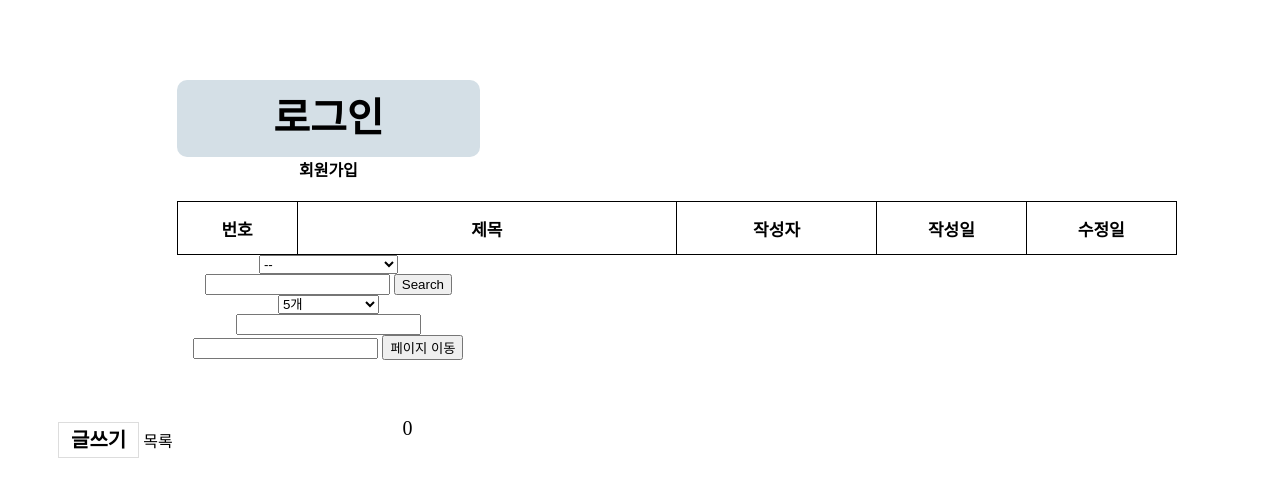
Repository: Shim-YoungDo/gaea-study
Page: http://localhost/study/WEB-INF/views/board/list.jsp
The author's editor kept a copy of each file at every save. The page is drawn from the files as they stood at one save, then again after the next save.
The browser window is 1280 px wide. The pictures show the whole page.
The page is served by Tomcat 9. Nobody is signed in. The template is opened directly, without the code that normally fills it, so the values that code supplies are empty.

Above is the page before, as saved 2021-12-07 05:01:16.

After the next save:
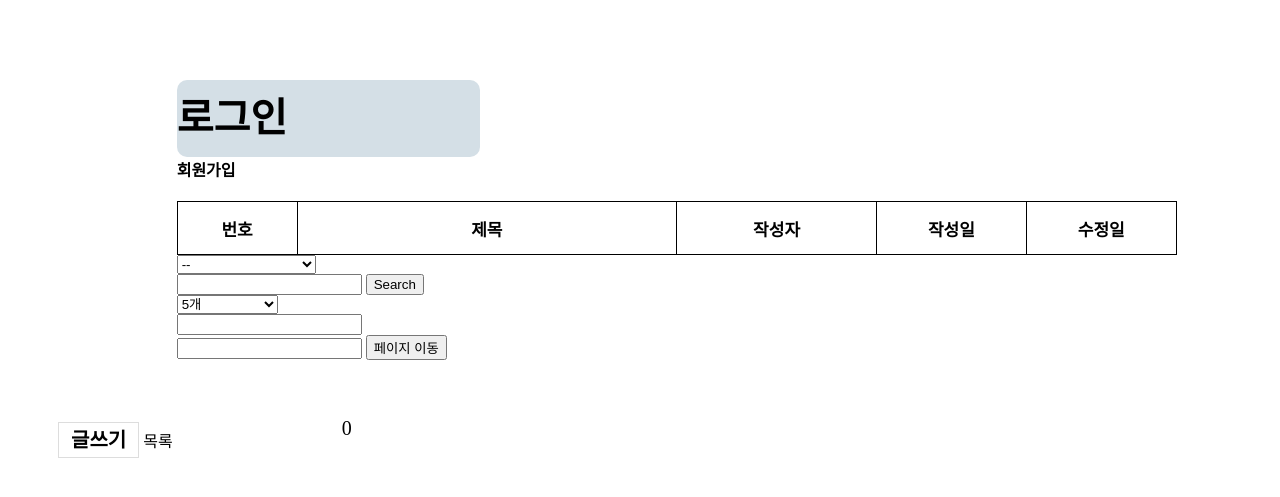
Saved 52 s later.
--- a/study/src/main/webapp/resources/css/board/list.css
+++ b/study/src/main/webapp/resources/css/board/list.css
@@ -57,7 +57,7 @@
 	width:25%;
 	height:100%;
 	display:inline-block;
-	text-align:center;
+	text-align:left;
 }
   .login_button{
   	height:50%;

After the save that followed:
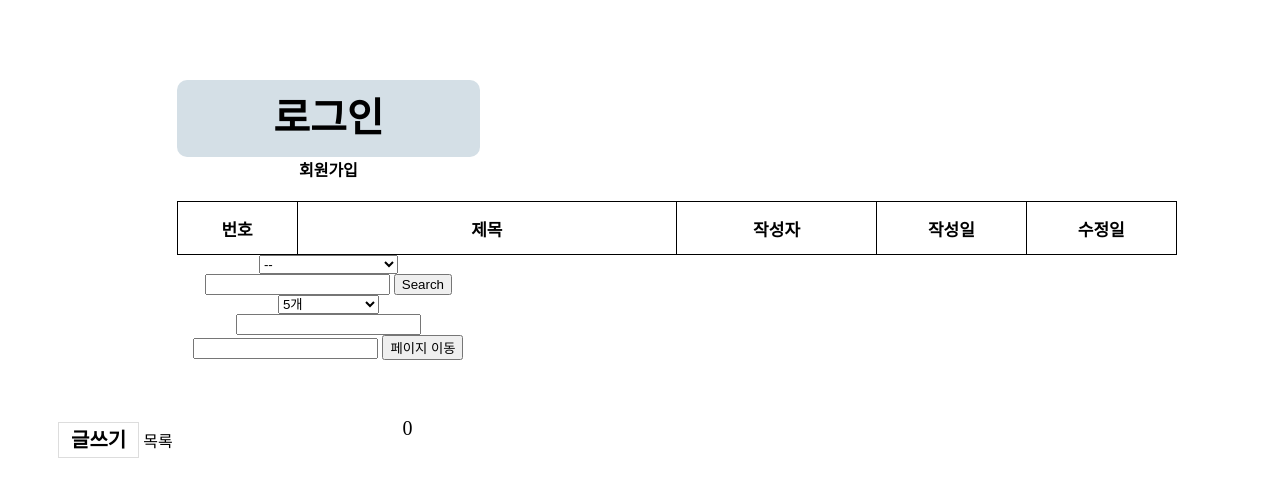
Saved 28 s later.
--- a/study/src/main/webapp/resources/css/board/list.css
+++ b/study/src/main/webapp/resources/css/board/list.css
@@ -55,9 +55,9 @@
   }
   .login_area{
 	width:25%;
-	height:100%;
+	height:30%;
 	display:inline-block;
-	text-align:left;
+	text-align:center;
 }
   .login_button{
   	height:50%;
